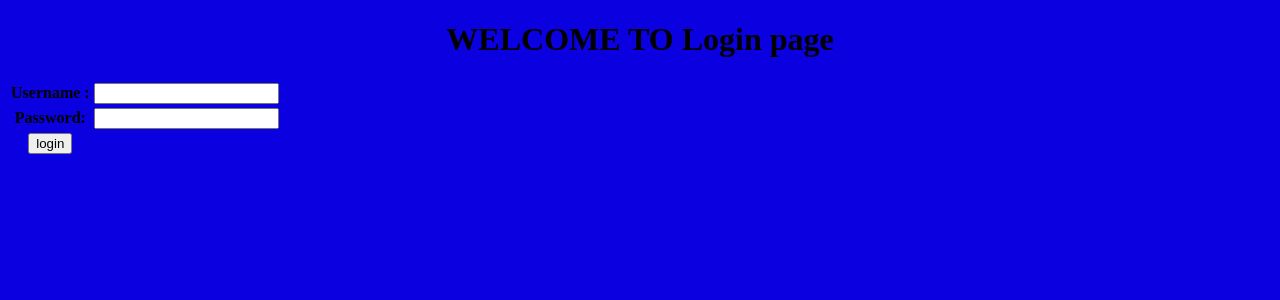
Repository: talkgunish/JAVA-WORLD
Page: advance_java/my_eclipse_java_proj/cookie_session/Filter/WebContent/login.html
The author's editor kept a copy of each file at every save. The page is drawn from the files as they stood at one save, then again after the next save.
The browser window is 1280 px wide. The pictures show the whole page.

Above is the page before, as saved 2018-06-21 09:04:05.

After the next save:
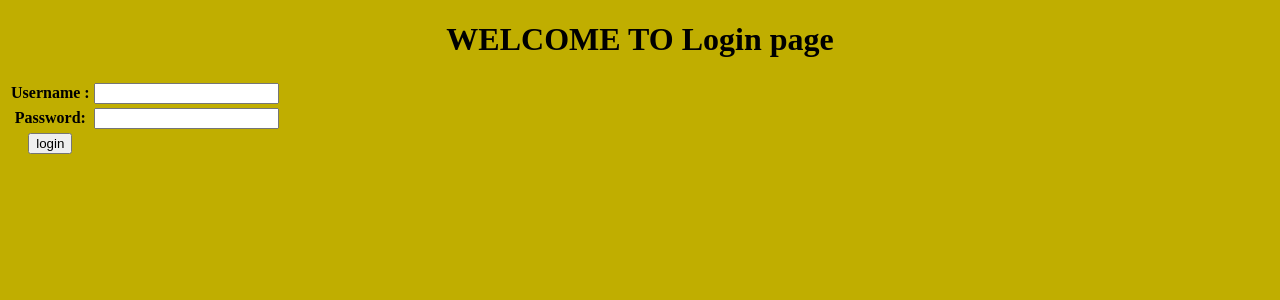
Saved 10 s later.
--- a/advance_java/my_eclipse_java_proj/cookie_session/Filter/WebContent/login.html
+++ b/advance_java/my_eclipse_java_proj/cookie_session/Filter/WebContent/login.html
@@ -4,7 +4,7 @@
 <meta charset="ISO-8859-1">
 <title>Insert title here</title>
 </head>
-<body bgcolor='graphite' align='center'>
+<body bgcolor='craem' align='center'>
 <form action='login' method='post'>
 
 <h1>WELCOME TO Login page</h1>
